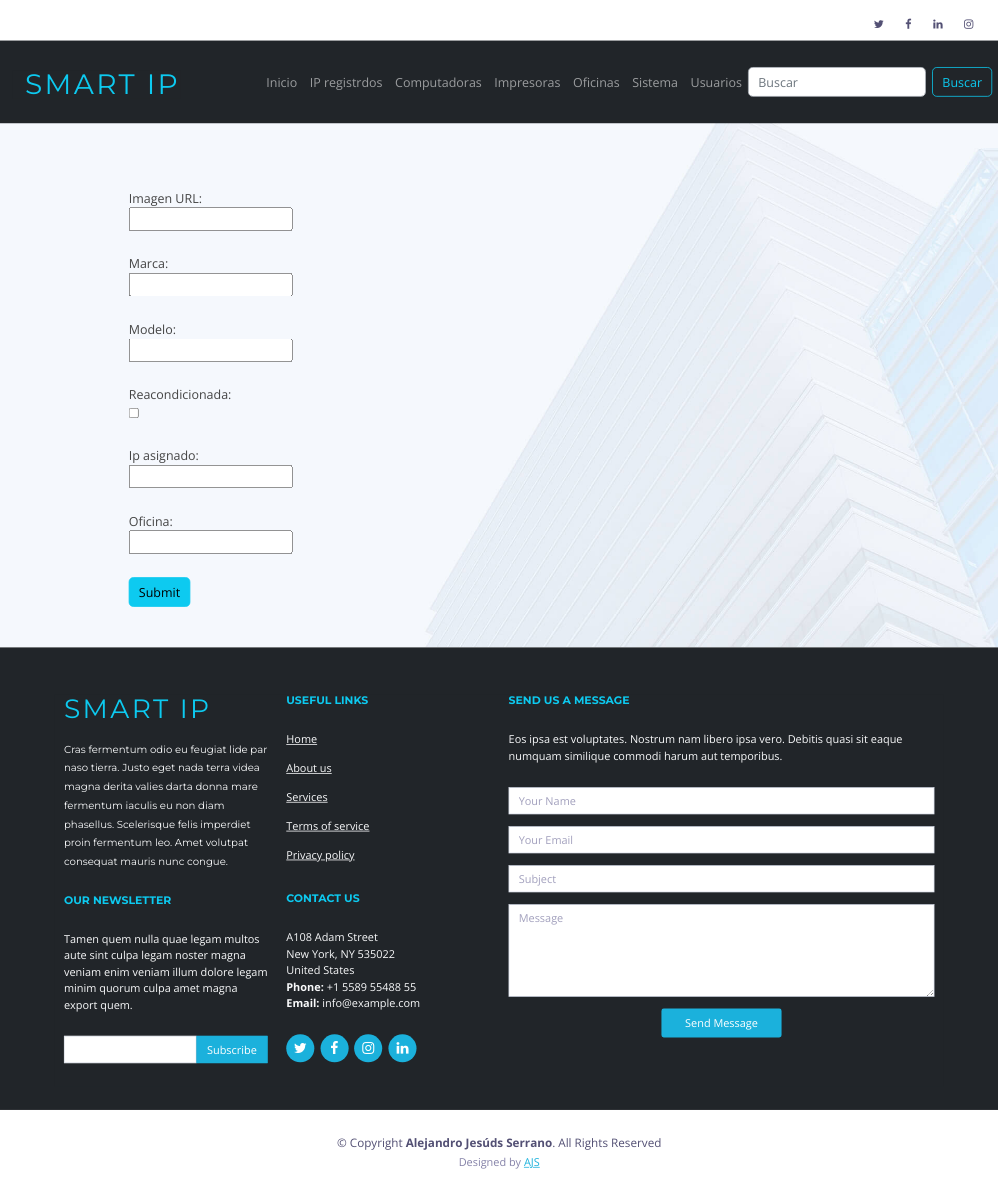
Repository: AlejandroJesusSerrano/SmartIPs
Page: smartip/smartipnav/templates/smartipnav/printer_form.html
The author's editor kept a copy of each file at every save. The page is drawn from the files as they stood at one save, then again after the next save.
The browser window is 1280 px wide. The pictures show the whole page, at 78% of full size.
The page is served by the project's application, run on Django 4.2 (smartip/manage.py). The template is opened directly, without the code that normally fills it, so the values that code supplies are empty.

Above is the page before, as saved 2022-11-12 21:04:56.

After the next save:
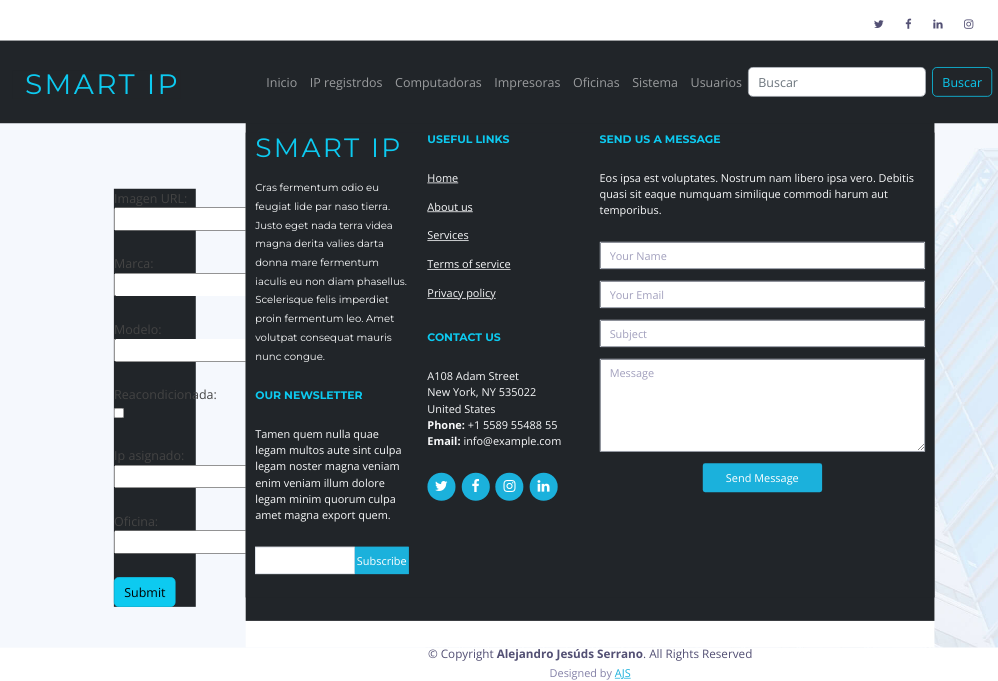
Saved 34 h 51 min later.
--- a/smartip/smartipnav/templates/smartipnav/printer_form.html
+++ b/smartip/smartipnav/templates/smartipnav/printer_form.html
@@ -7,6 +7,7 @@
             <div class="col-md-6 intro-info order-md-first order-last">
                 <form action="" method="post">
                     {% csrf_token %}
+                    <div class="form-group bg-dark"</div>
                     <p>Imagen URL: <input type="url" name="printer_image" id="printer_add"></p>
                     <p>Marca: <input type="text" name="printer_brand" id="printer_brand"></p>
                     <p>Modelo: <input type="text" name="printer_model" id="printer_model"></p>

After the save that followed:
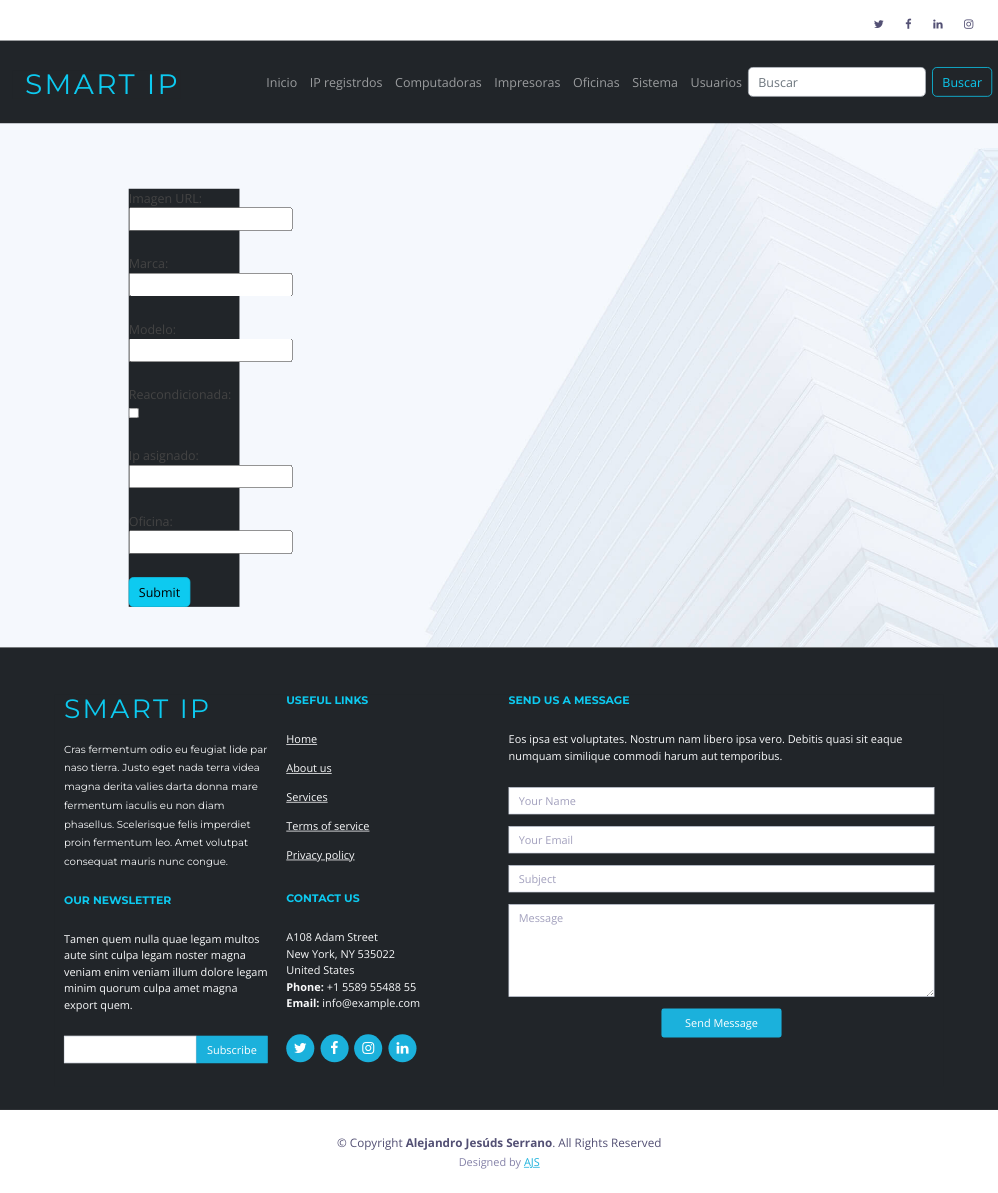
Saved 2 min 54 s later.
--- a/smartip/smartipnav/templates/smartipnav/printer_form.html
+++ b/smartip/smartipnav/templates/smartipnav/printer_form.html
@@ -7,14 +7,15 @@
             <div class="col-md-6 intro-info order-md-first order-last">
                 <form action="" method="post">
                     {% csrf_token %}
-                    <div class="form-group bg-dark"</div>
-                    <p>Imagen URL: <input type="url" name="printer_image" id="printer_add"></p>
-                    <p>Marca: <input type="text" name="printer_brand" id="printer_brand"></p>
-                    <p>Modelo: <input type="text" name="printer_model" id="printer_model"></p>
-                    <p>Reacondicionada: <input type="checkbox" name="printer_rebuilded" id="printer_rebuilded"></p>
-                    <p>Ip asignado: <input type="text" name="printer_ip" id="printer_ip"></p>
-                    <p>Oficina: <input type="text" namr="printer_office" id="printer_office"></p>
-                    <button type="submit" class="btn btn-info">Submit</button>
+                    <div class="form-group bg-dark"
+                        <p>Imagen URL: <input type="url" name="printer_image" id="printer_add"></p>
+                        <p>Marca: <input type="text" name="printer_brand" id="printer_brand"></p>
+                        <p>Modelo: <input type="text" name="printer_model" id="printer_model"></p>
+                        <p>Reacondicionada: <input type="checkbox" name="printer_rebuilded" id="printer_rebuilded"></p>
+                        <p>Ip asignado: <input type="text" name="printer_ip" id="printer_ip"></p>
+                        <p>Oficina: <input type="text" namr="printer_office" id="printer_office"></p>
+                        <button type="submit" class="btn btn-info">Submit</button>
+                    </div>
                 </form>
             </div>
         </div>
